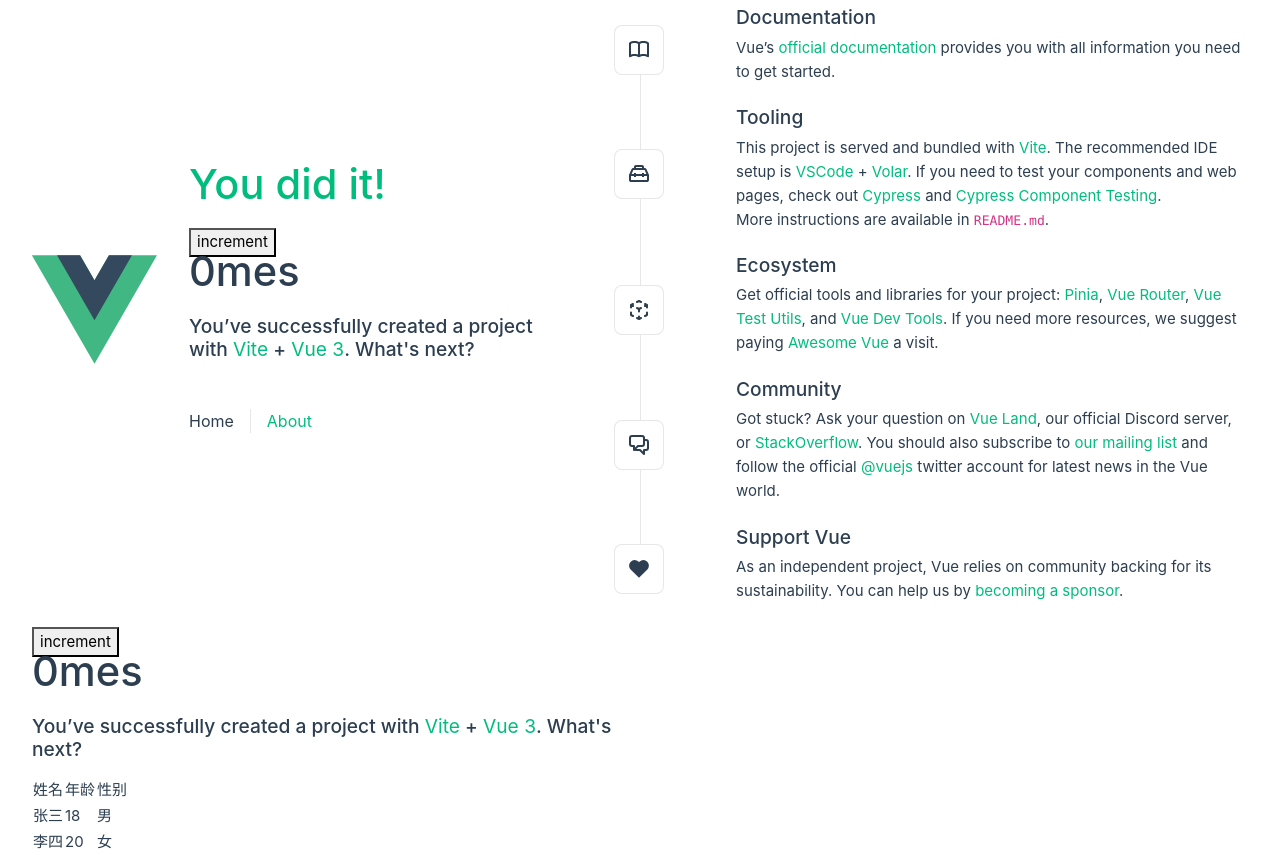
Repository: yuandinghh/vue
Page: /
The author's editor kept a copy of each file at every save. The page is drawn from the files as they stood at one save, then again after the next save.
The browser window is 1280 px wide. The pictures show the whole page.
The project was rebuilt for these pictures with package versions that can differ from the ones it lists, and the page was loaded fresh each time. Also part of the build but not shown: vite.config.ts.

Above is the page before, as saved 2023-03-21 23:50:15.

### index.html
<!DOCTYPE html>
<html lang="en">
  <head>
    <meta charset="UTF-8">
    <link rel="icon" href="/favicon.ico">
    <meta name="viewport" content="width=device-width, initial-scale=1.0">
    <link href="https://cdn.staticfile.org/twitter-bootstrap/5.1.1/css/bootstrap.min.css" rel="stylesheet">
    <script src="https://cdn.staticfile.org/twitter-bootstrap/5.1.1/js/bootstrap.bundle.min.js"></script>
    <title>Vite App</title>
  </head>
  <body>
    <div id="app"></div>
    <script type="module" src="/src/main.ts"></script>
  </body>
</html>

### src/App.vue
<script setup lang="ts">
import { RouterLink, RouterView } from "vue-router";
import HelloWorld from "./components/HelloWorld.vue";
</script>

<template>
    <header>
      <img alt="Vue logo" class="logo" src="@/assets/logo.svg" width="125" height="125" />

      <div class="wrapper">
        <HelloWorld msg="You did it!" />

        <nav>
          <RouterLink to="/">Home</RouterLink>
          <RouterLink to="/about">About</RouterLink>
        </nav>
      </div>
    </header>
    <RouterView />
    <div>
    <HelloWorld />
    <!-- 写一个表格 -->
    <div>
      <table>
        <tr>
          <th>姓名</th>
          <th>年龄</th>
          <th>性别</th>
        </tr>
        <tr>
          <td>张三</td>
          <td>18</td>
          <td>男</td>
        </tr>
        <tr>
          <td>李四</td>
          <td>20</td>
          <td>女</td>
        </tr>
      </table>
    </div>
  </div>
</template>


<style scoped>
header {
  line-height: 1.5;
  max-height: 100vh;
}

.logo {
  display: block;
  margin: 0 auto 2rem;
}

nav {
  width: 100%;
  font-size: 12px;
  text-align: center;
  margin-top: 2rem;
}

nav a.router-link-exact-active {
  color: var(--color-text);
}

nav a.router-link-exact-active:hover {
  background-color: transparent;
}

nav a {
  display: inline-block;
  padding: 0 1rem;
  border-left: 1px solid var(--color-border);
}

nav a:first-of-type {
  border: 0;
}

@media (min-width: 1024px) {
  header {
    display: flex;
    place-items: center;
    padding-right: calc(var(--section-gap) / 2);
  }

  .logo {
    margin: 0 2rem 0 0;
  }

  header .wrapper {
    display: flex;
    place-items: flex-start;
    flex-wrap: wrap;
  }

  nav {
    text-align: left;
    margin-left: -1rem;
    font-size: 1rem;

    padding: 1rem 0;
    margin-top: 1rem;
  }
}
</style>

### src/components/HelloWorld.vue


<script setup lang="ts">
import { defineProps } from "vue";
import { computed, reactive } from "vue";

defineProps<{
  msg: string;
}>();

// export default {
//  setup() {
    const state = reactive({
      count: 0,
    });

    const increment = () => {
      state.count++;
    };

    // return {
    //   ...state,
    //   increment,
    // };

 //  },
// };
</script>

<template>
  <div class="greetings">
    <h1 class="green">{{ msg }}</h1>
    <button @click="increment"> increment</button>
    <h1>{{state.count}}mes</h1>
    <h3>
      You’ve successfully created a project with
      <a
        href="https://vitejs.dev/"
        target="_blank"
        rel="noopener"
      >Vite</a> +
      <a href="https://vuejs.org/" target="_blank" rel="noopener">Vue 3</a>. What's next?
    </h3>
    <p>{{ count }}</p>
    <!-- <p>{{ str }}</p> -->
  </div>
</template>

<style scoped>
h1 {
  font-weight: 500;
  font-size: 2.6rem;
  top: -10px;
}

h3 {
  font-size: 1.2rem;
}

.greetings h1,
.greetings h3 {
  text-align: center;
}

@media (min-width: 1024px) {
  .greetings h1,
  .greetings h3 {
    text-align: left;
  }
}
</style>

Loaded but not shown: src/main.ts (common file); src/router/index.ts (common file); src/assets/main.css (common file); src/views/HomeView.vue (common file); src/assets/base.css (common file); src/components/TheWelcome.vue (common file); src/components/WelcomeItem.vue (common file); src/components/icons/IconDocumentation.vue (common file); src/components/icons/IconTooling.vue (common file); src/components/icons/IconEcosystem.vue (common file); src/components/icons/IconCommunity.vue (common file); src/components/icons/IconSupport.vue (common file)

After the next save:
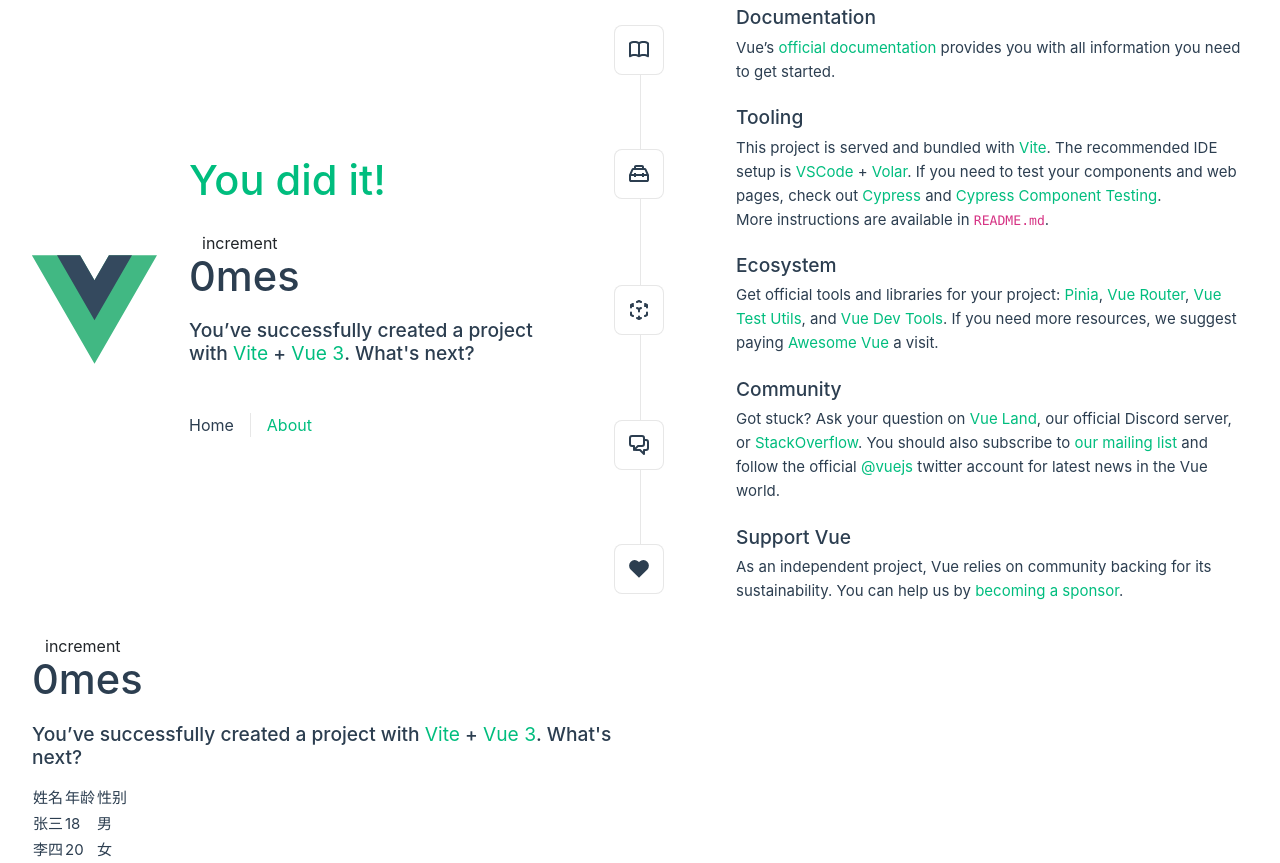
Saved 16 s later.
--- a/src/components/HelloWorld.vue
+++ b/src/components/HelloWorld.vue
@@ -30,7 +30,7 @@
 <template>
   <div class="greetings">
     <h1 class="green">{{ msg }}</h1>
-    <button @click="increment"> increment</button>
+    <button @click="increment" class="btn"> increment</button>
     <h1>{{state.count}}mes</h1>
     <h3>
       You’ve successfully created a project with
